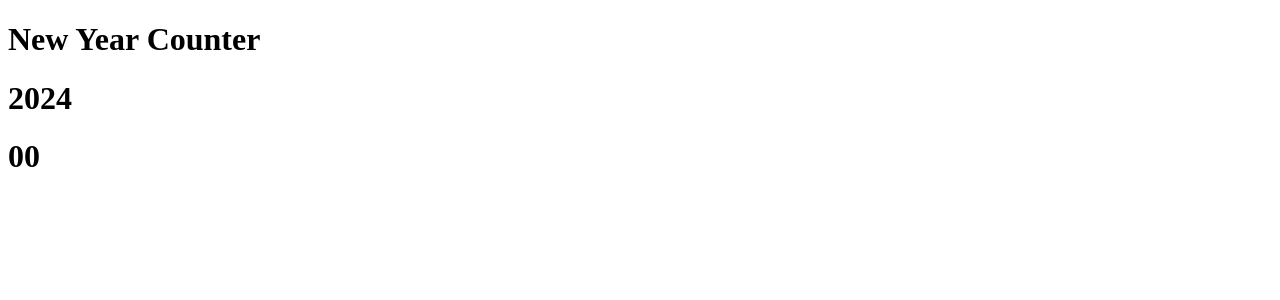
Repository: JunaidAnsari202/New-Year-counter
Page: index.html
The author's editor kept a copy of each file at every save. The page is drawn from the files as they stood at one save, then again after a run of saves.
The browser window is 1280 px wide. The pictures show the whole page.

Above is the page before, as saved 2024-11-13 15:14:06.
Console error: SyntaxError: Unexpected end of input

After the next 5 saves:
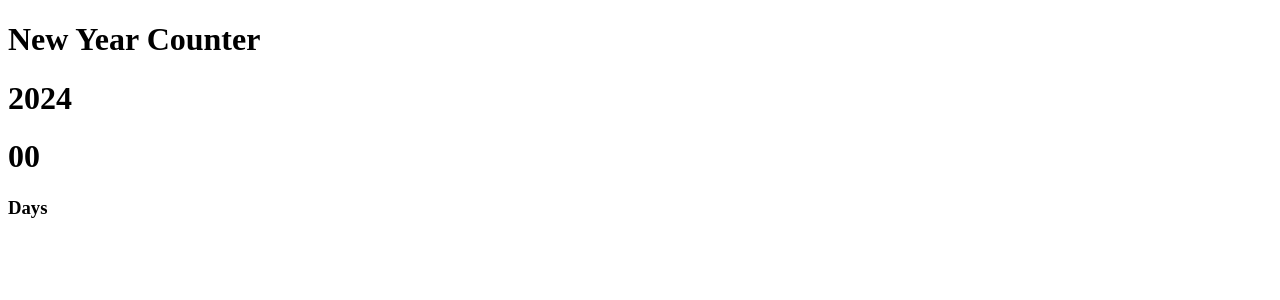
The 5 saves are shown as one change because they came seconds apart.
The last was saved 14 s later.
--- a/index.html
+++ b/index.html
@@ -19,6 +19,7 @@
         <div class="counter">
            <div class="days">
             <h1 id="days">00</h1>
+            <h3>Days</h3>
            </div>
         </div>
     </div>
